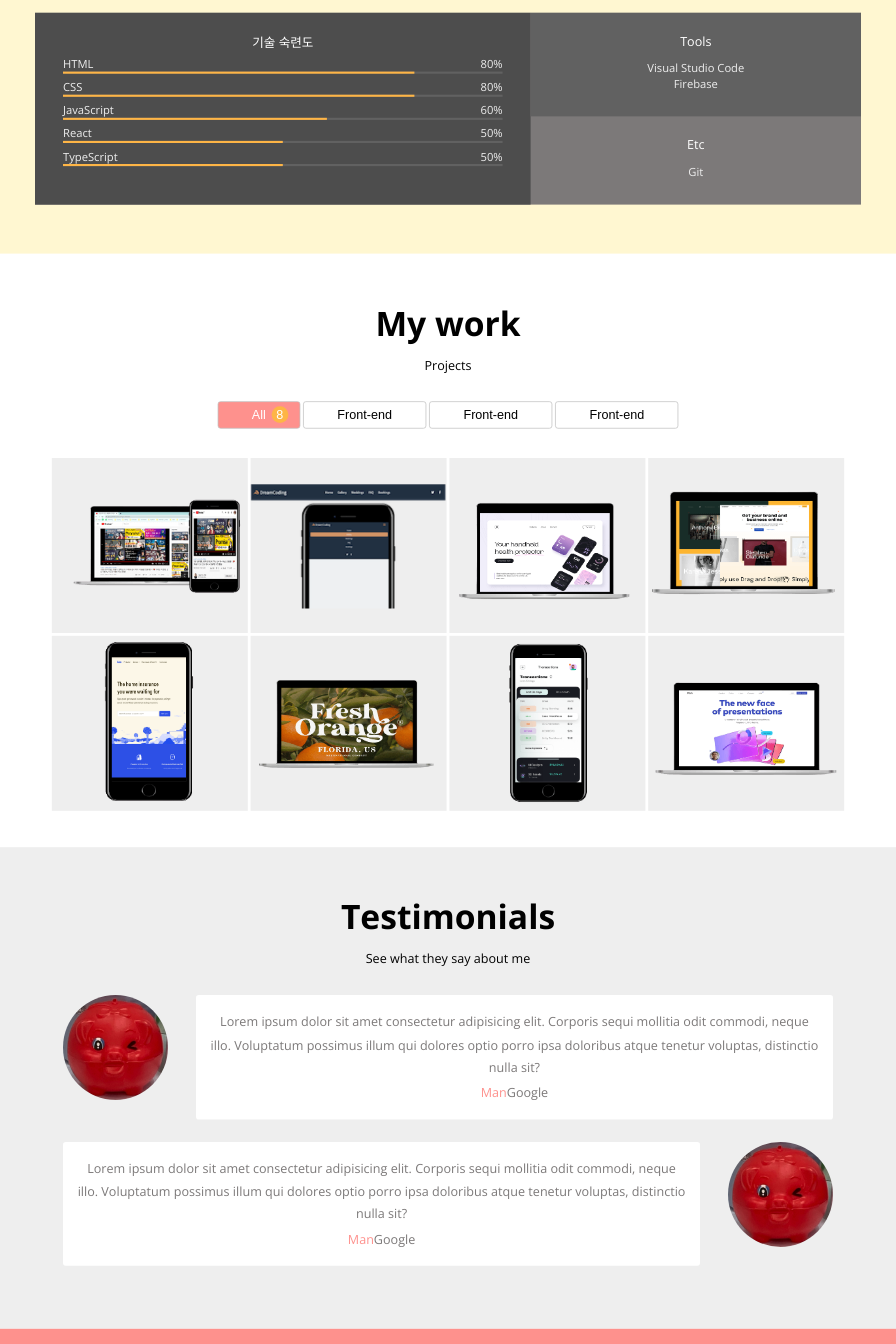
Repository: beomsu9696/Dream_Coding_Academy4
Page: index.html
These files come from the project's save history. The page is drawn as it stood at one moment and after the next save; the edit follows.
The browser window is 1280 px wide. The pictures show the part of the page from y = 2006 to 3926 px (the page is 4323 px tall before and 4329 px after), at 70% of full size.
Some web libraries are served in a nearby version.

Above is the page before, as saved 2021-03-19 19:31:40.

After the next save:
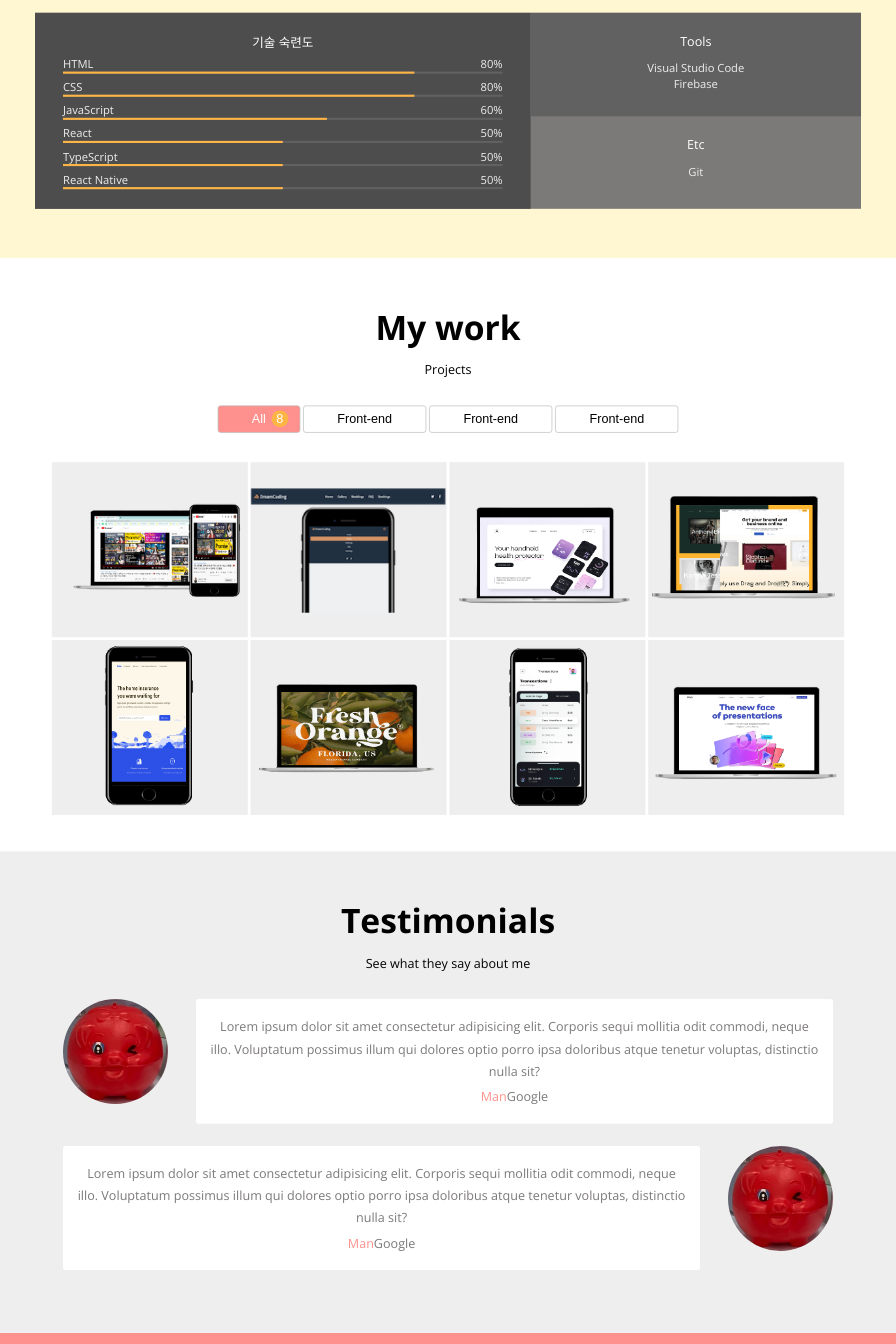
Saved 36 s later.
--- a/index.html
+++ b/index.html
@@ -176,6 +176,15 @@
                 <div class="skill__value" style="width: 50%"></div>
               </div>
             </div>
+            <div class="skill">
+              <div class="skill__description">
+                <span>React Native</span>
+                <span>50%</span>
+              </div>
+              <div class="skill__bar">
+                <div class="skill__value" style="width: 50%"></div>
+              </div>
+            </div>
           </div>
           <div class="skillset__right">
             <div class="tools">
